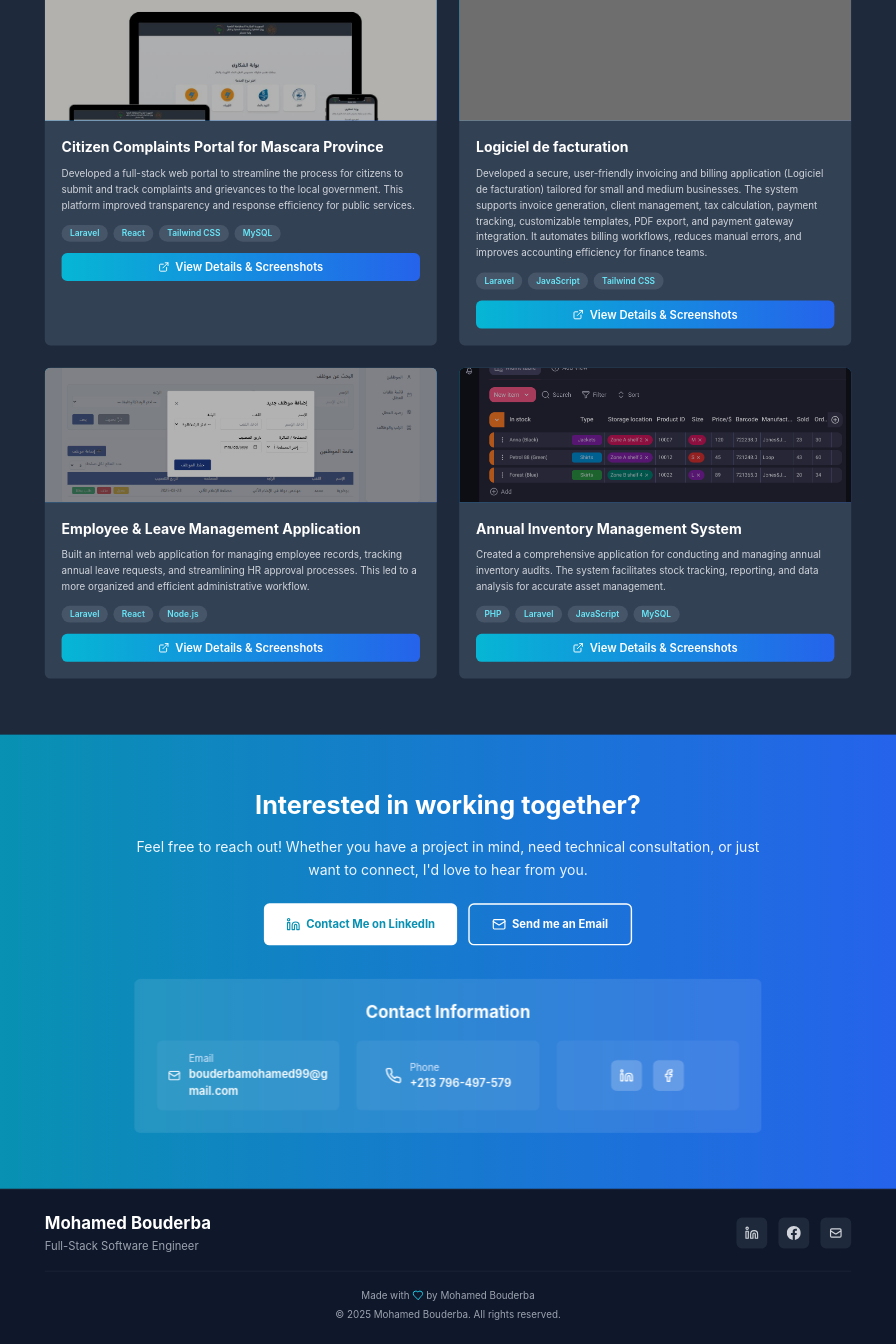
Repository: BouderbaM/portfloio
Page: /
These files come from the project's save history. The page is drawn as it stood at one moment and after the next save; the edit follows.
The browser window is 1280 px wide. The pictures show the part of the page from y = 1529 to 3449 px (the page is 3449 px tall), at 70% of full size.
Pictures or frames that could not be fetched are drawn as grey boxes. The project was rebuilt for these pictures with package versions that can differ from the ones it lists, and the page was loaded fresh each time. Also part of the build but not shown: vite.config.js.

Above is the page before, as saved 2025-11-29 21:39:32.

After the next save:
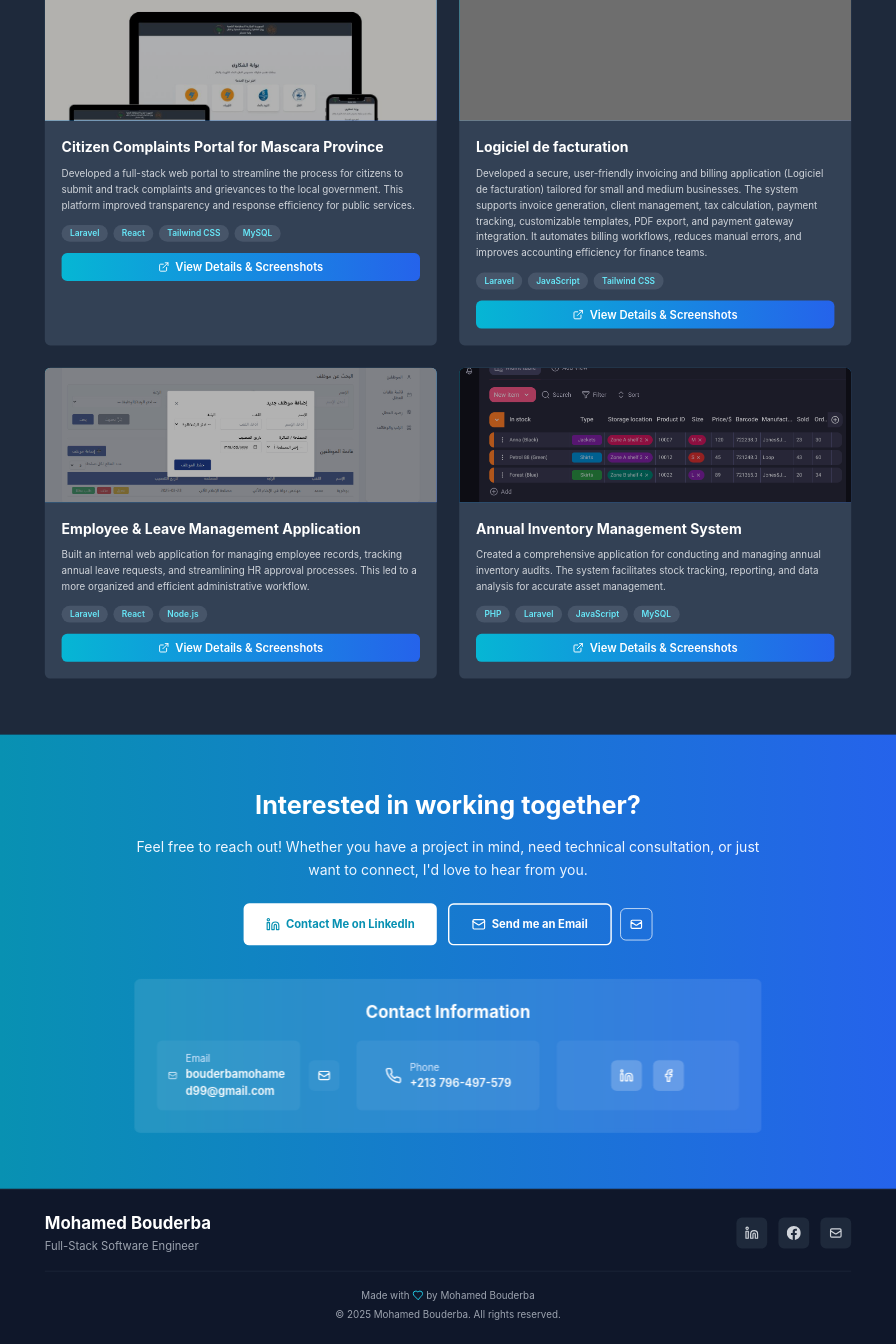
Saved 39 s later.
--- a/src/components/CTA.jsx
+++ b/src/components/CTA.jsx
@@ -22,15 +22,28 @@ export default function CTA() {
             <Linkedin size={20} />
             Contact Me on LinkedIn
           </a>
-          <a
-            href="https://mail.google.com/mail/?view=cm&fs=1&tf=1&to=bouderbamohamed99@gmail.com"
-            target="_blank"
-            rel="noopener noreferrer"
-            className="inline-flex items-center justify-center gap-2 px-8 py-4 bg-transparent border-2 border-white text-white font-bold rounded-lg hover:bg-white hover:text-cyan-600 transition transform hover:scale-105"
-          >
-            <Mail size={20} />
-            Send me an Email
-          </a>
+
+          <div className="inline-flex items-center gap-3">
+            <a
+              href="https://mail.google.com/mail/?view=cm&fs=1&tf=1&to=bouderbamohamed99@gmail.com"
+              target="_blank"
+              rel="noopener noreferrer"
+              className="inline-flex items-center justify-center gap-2 px-8 py-4 bg-transparent border-2 border-white text-white font-bold rounded-lg hover:bg-white hover:text-cyan-600 transition transform hover:scale-105"
+            >
+              <Mail size={20} />
+              Send me an Email
+            </a>
+
+            <a
+              href="mailto:bouderbamohamed99@gmail.com"
+              className="inline-flex items-center justify-center px-3 py-3 bg-transparent border border-white text-white rounded-lg hover:bg-white/10 transition"
+              title="Open in mail app"
+            >
+              <svg xmlns="http://www.w3.org/2000/svg" className="h-5 w-5" viewBox="0 0 24 24" fill="none" stroke="currentColor">
+                <path strokeLinecap="round" strokeLinejoin="round" strokeWidth={2} d="M3 8l7.89 5.26a2 2 0 002.22 0L21 8M5 19h14a2 2 0 002-2V7a2 2 0 00-2-2H5a2 2 0 00-2 2v10a2 2 0 002 2z" />
+              </svg>
+            </a>
+          </div>
         </div>
 
         {/* Contact Details */}
@@ -38,18 +51,30 @@ export default function CTA() {
           <h3 className="text-2xl font-bold text-white mb-6">Contact Information</h3>
           <div className="grid grid-cols-1 md:grid-cols-3 gap-6">
             {/* Email */}
-            <a
-              href="https://mail.google.com/mail/?view=cm&fs=1&tf=1&to=bouderbamohamed99@gmail.com"
-              target="_blank"
-              rel="noopener noreferrer"
-              className="flex items-center justify-center gap-3 p-4 bg-white/5 rounded-lg hover:bg-white/10 transition"
-            >
-              <Mail className="text-blue-50" size={24} />
-              <div className="text-left">
-                <p className="text-sm text-blue-100">Email</p>
-                <p className="font-semibold text-white break-all">bouderbamohamed99@gmail.com</p>
-              </div>
-            </a>
+            <div className="flex items-center gap-3">
+              <a
+                href="https://mail.google.com/mail/?view=cm&fs=1&tf=1&to=bouderbamohamed99@gmail.com"
+                target="_blank"
+                rel="noopener noreferrer"
+                className="flex items-center justify-center gap-3 p-4 bg-white/5 rounded-lg hover:bg-white/10 transition"
+              >
+                <Mail className="text-blue-50" size={24} />
+                <div className="text-left">
+                  <p className="text-sm text-blue-100">Email</p>
+                  <p className="font-semibold text-white break-all">bouderbamohamed99@gmail.com</p>
+                </div>
+              </a>
+
+              <a
+                href="mailto:bouderbamohamed99@gmail.com"
+                className="p-3 bg-white/5 rounded-lg hover:bg-white/10 transition"
+                title="Open in mail app"
+              >
+                <svg xmlns="http://www.w3.org/2000/svg" className="h-5 w-5 text-white" viewBox="0 0 24 24" fill="none" stroke="currentColor">
+                  <path strokeLinecap="round" strokeLinejoin="round" strokeWidth={2} d="M3 8l7.89 5.26a2 2 0 002.22 0L21 8M5 19h14a2 2 0 002-2V7a2 2 0 00-2-2H5a2 2 0 00-2 2v10a2 2 0 002 2z" />
+                </svg>
+              </a>
+            </div>
 
             {/* Phone */}
             <a
